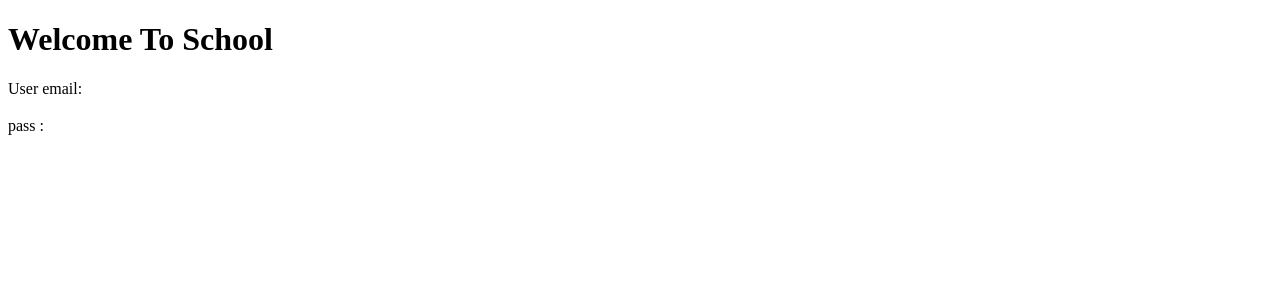
Repository: SurajChougule85/AdvJava
Page: http://localhost/Day4_JspObjectPractice/welcome.jsp
An editor plug-in stored every save of this project. The page is shown before and after the next save, followed by the edit.
The browser window is 1280 px wide. The pictures show the whole page.
The page is served by Tomcat 9.

Above is the page before, as saved 2023-01-21 09:35:17.

After the next save:
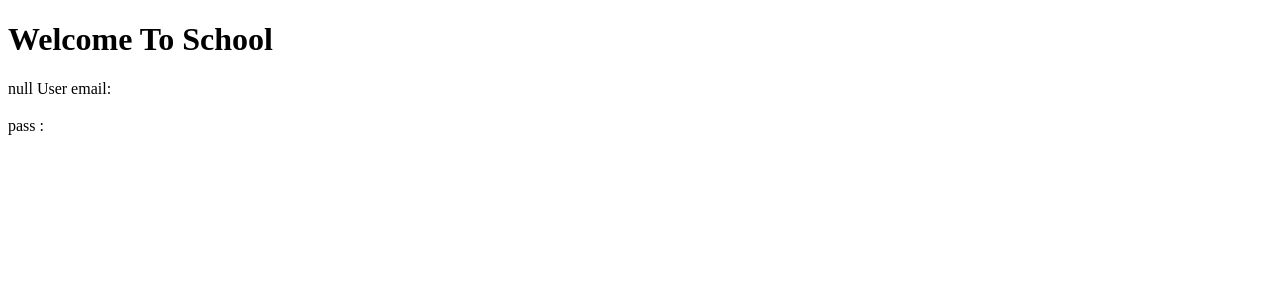
Saved 11 min 31 s later.
--- a/Day4_JspObjectPractice/src/main/webapp/welcome.jsp
+++ b/Day4_JspObjectPractice/src/main/webapp/welcome.jsp
@@ -14,6 +14,7 @@
 
 %>
 
+<%=request.getParameter("mail") %>
 User email: <h3>${param.mail}</h3>
 pass : <h4>${param.pass}</h4>
 

After the 2 saves that followed:
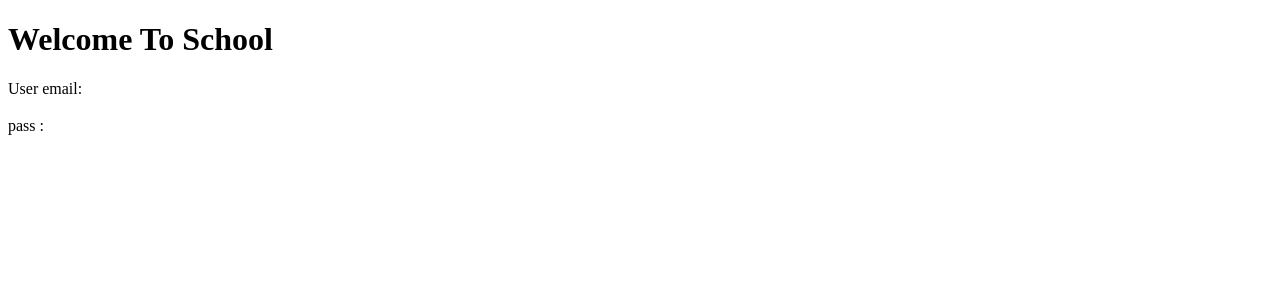
The 2 saves are shown as one change because 1 left the picture as it was.
The last was saved 9 min 43 s later.
--- a/Day4_JspObjectPractice/src/main/webapp/welcome.jsp
+++ b/Day4_JspObjectPractice/src/main/webapp/welcome.jsp
@@ -14,8 +14,8 @@
 
 %>
 
-<%=request.getParameter("mail") %>
-User email: <h3>${param.mail}</h3>
+
+User email: <h3>${param.email}</h3>
 pass : <h4>${param.pass}</h4>
 
 </body>
